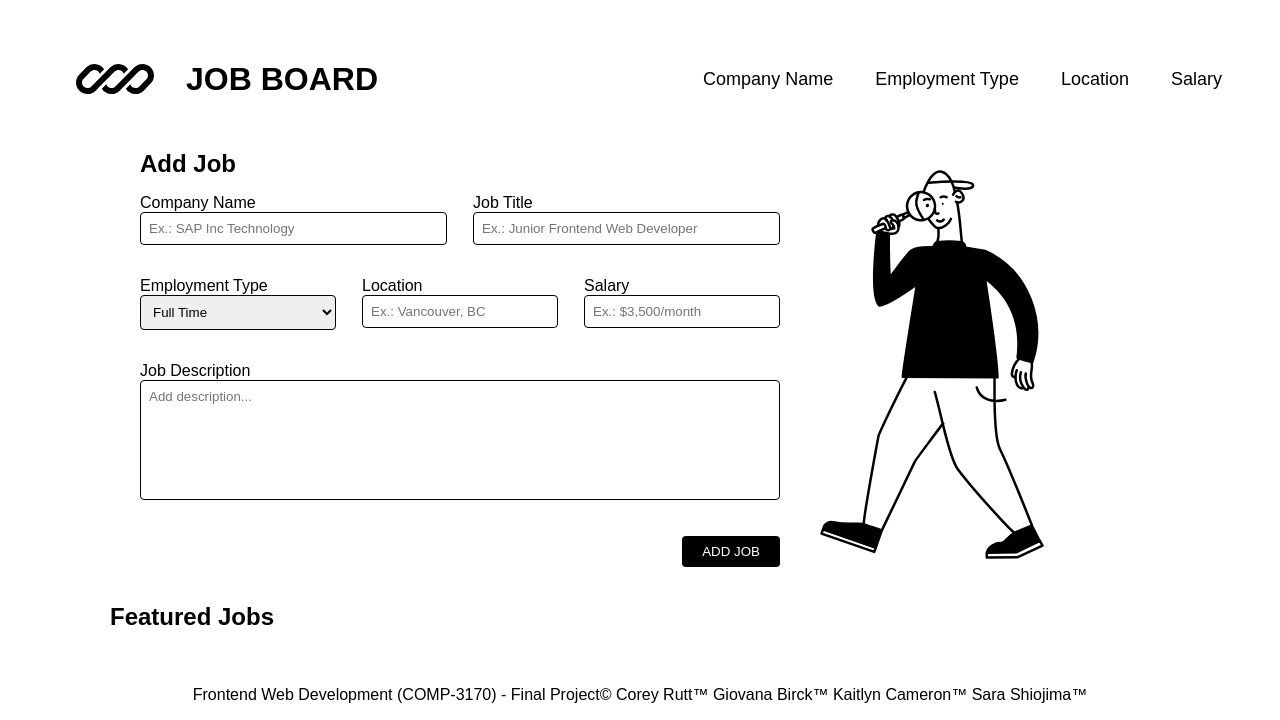
Repository: kcameron37/Final-Project-FrontEnd
Page: /
The author's editor kept a copy of each file at every save. The page is drawn from the files as they stood at one save, then again after a run of saves.
The browser window is 1280 px wide. The pictures show the whole page.
The project was rebuilt for these pictures with package versions that can differ from the ones it lists, and the page was loaded fresh each time.

Above is the page before, as saved 2023-11-14 22:05:31.

After the next 2 saves:
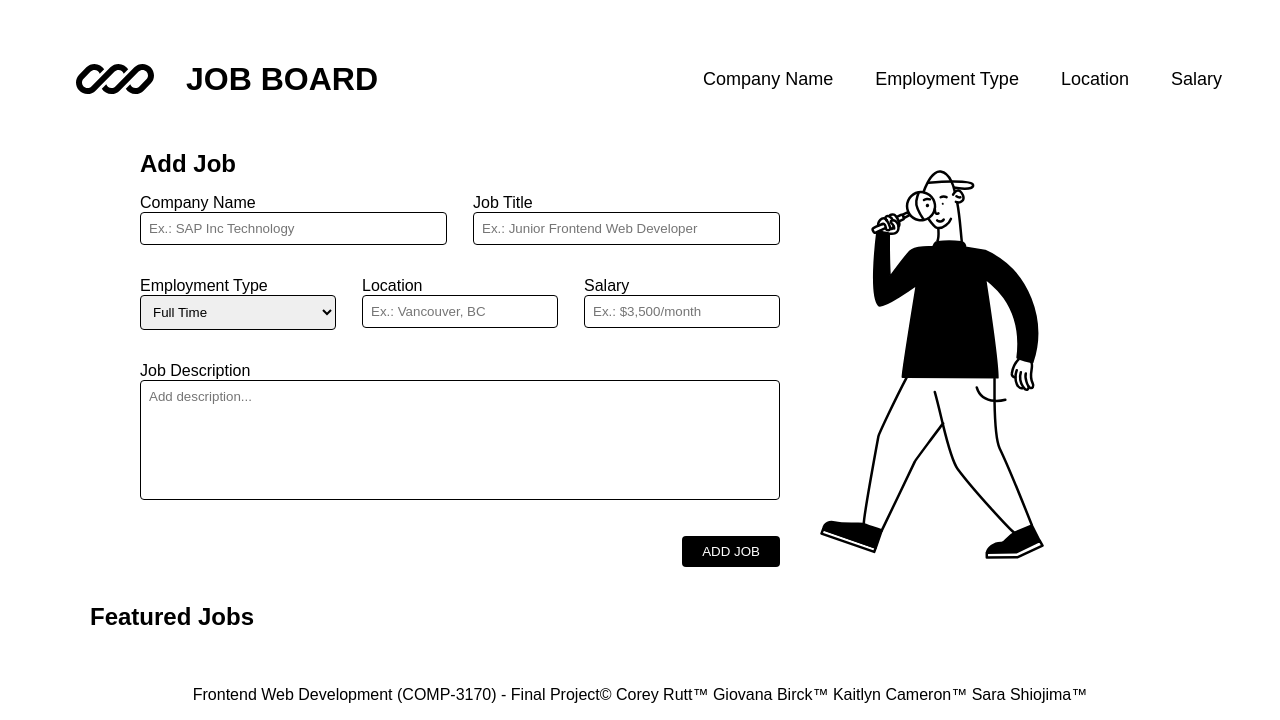
The 2 saves are shown as one change because they came seconds apart.
The last was saved 7 s later.
--- a/src/components/jobList.module.css
+++ b/src/components/jobList.module.css
@@ -5,8 +5,8 @@
   /* jobList.module.css */
   .jobListContainer {
     max-width: 1100px;
-    margin: auto; /* This centers the container */
-    padding: 0 20px; /* Add padding if the Add Job container has it */
+    margin: auto;
+
   }
 
 .titleLine{
